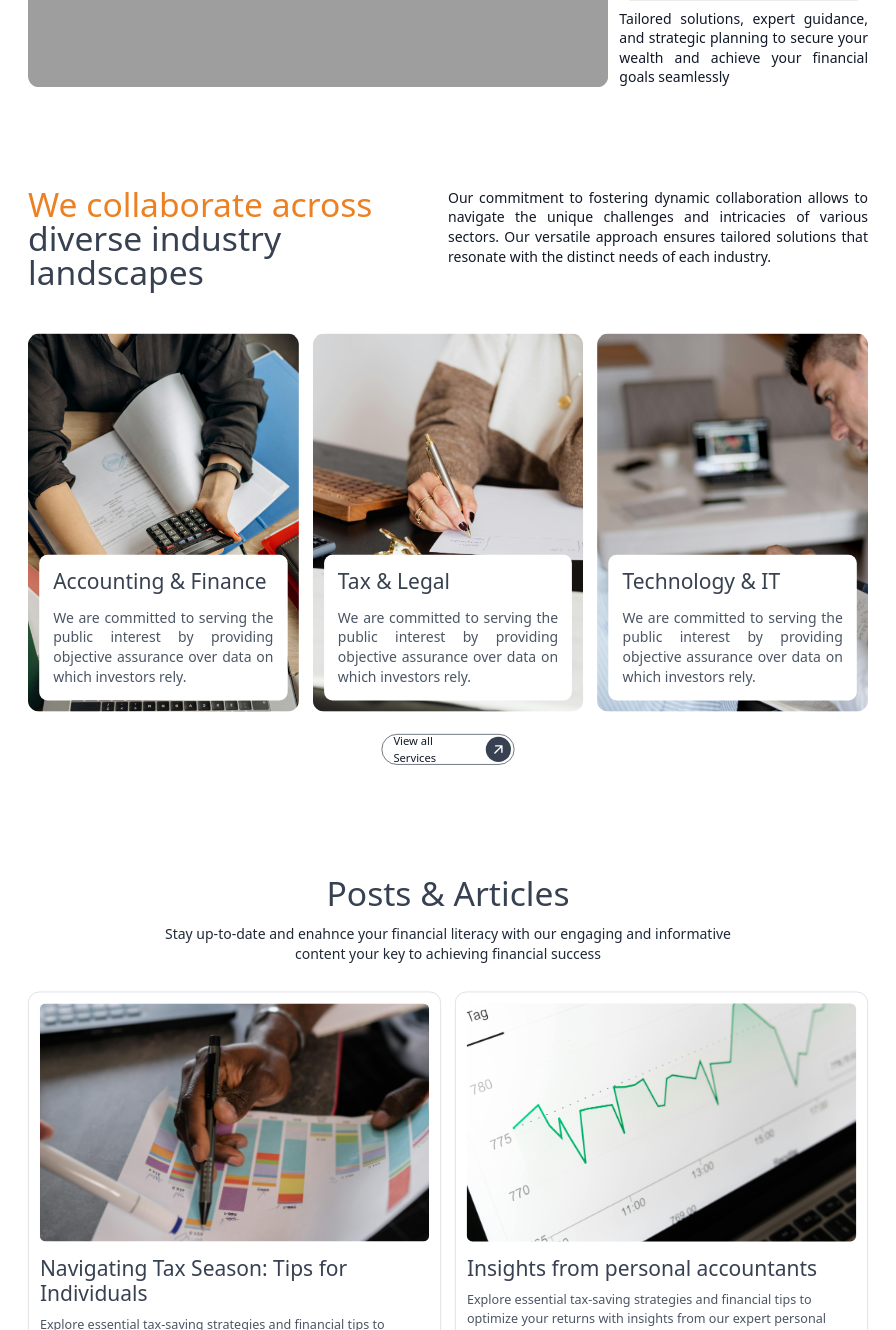
Repository: vespersolutionspk18/integrast-website
Page: /
The author's editor kept a copy of each file at every save. The page is drawn from the files as they stood at one save, then again after the next save.
The browser window is 1280 px wide. The pictures show the part of the page from y = 752 to 2652 px (the page is 4814 px tall), at 70% of full size.
Pictures or frames that could not be fetched are drawn as grey boxes. The project was rebuilt for these pictures with package versions that can differ from the ones it lists, and the page was loaded fresh each time. The framework's server and built-in components were replaced by stand-ins that run in the browser. Also part of the build but not shown: next.config.ts.

Above is the page before, as saved 2024-12-12 18:31:34.

After the next save:
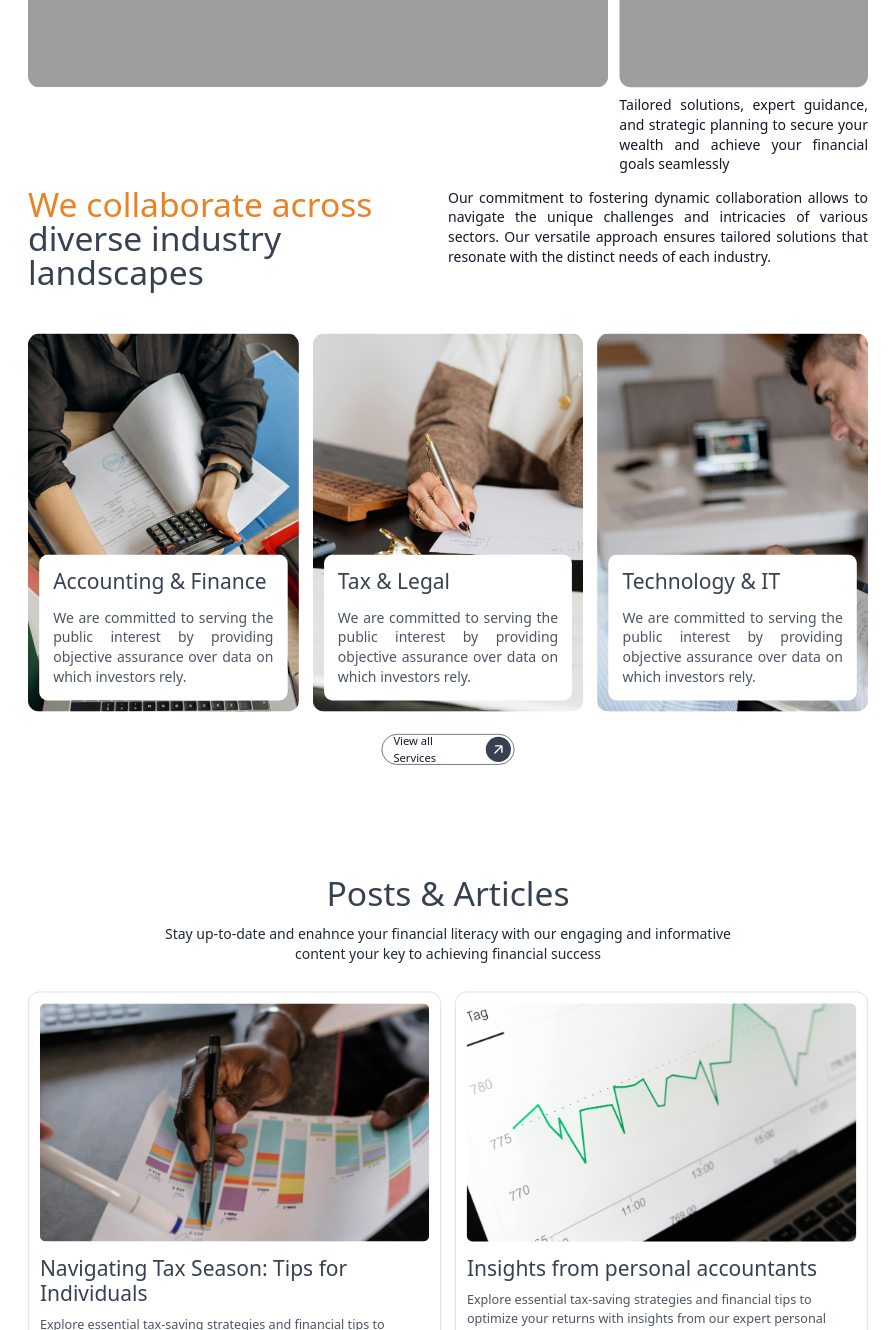
Saved 14 s later.
--- a/app/Hero.tsx
+++ b/app/Hero.tsx
@@ -34,7 +34,7 @@ const Hero = () => {
 
         <div className="flex flex-row md:h-[380px] gap-4 mt-6 md:mt-16">
             <div className="w-full md:w-[70%] transition-all duration-500 ease-in-out hover:w-[90%] rounded-2xl bg-cover bg-center" style={{backgroundImage: `url('/assets/heroimage3.jpg')`}}></div>
-            <div className="w-[30%] transition-all duration-500 ease-in-out hover:w-[40%] flex flex-col justify-between ">
+            <div className="hidden md:block w-[30%] transition-all duration-500 ease-in-out hover:w-[40%] flex flex-col justify-between ">
                 <div className="w-full h-full rounded-2xl bg-cover bg-center" style={{backgroundImage: `url('/assets/heroimage4.jpg')`}}></div>
                 <h5 className="font-sans text-gray-900 text-justify text-xl mt-3  font-light">Tailored solutions, expert guidance, and strategic planning to secure your wealth and achieve your financial goals seamlessly</h5>
             </div>

After the save that followed:
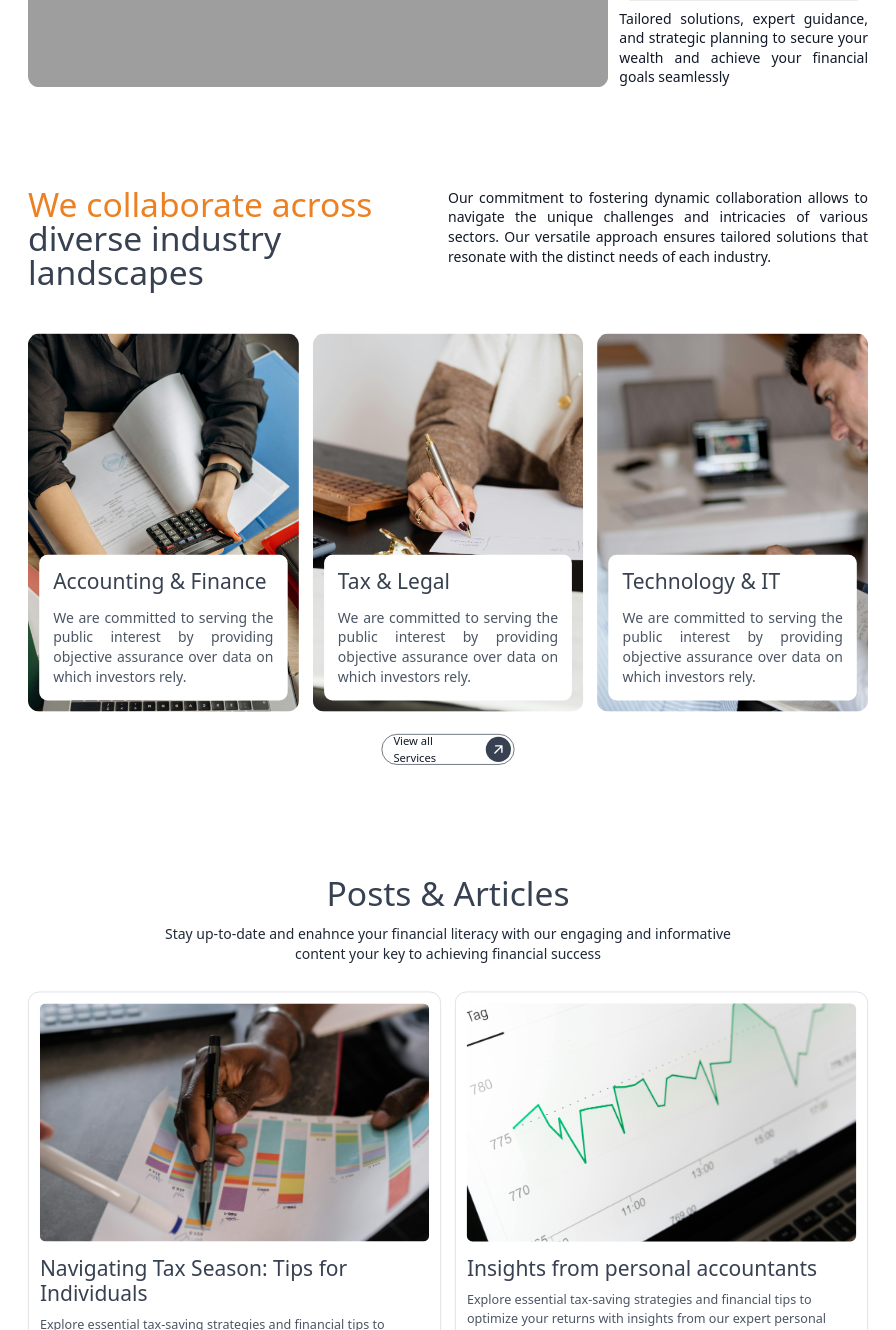
Saved 30 s later.
--- a/app/Hero.tsx
+++ b/app/Hero.tsx
@@ -34,7 +34,7 @@ const Hero = () => {
 
         <div className="flex flex-row md:h-[380px] gap-4 mt-6 md:mt-16">
             <div className="w-full md:w-[70%] transition-all duration-500 ease-in-out hover:w-[90%] rounded-2xl bg-cover bg-center" style={{backgroundImage: `url('/assets/heroimage3.jpg')`}}></div>
-            <div className="hidden md:block w-[30%] transition-all duration-500 ease-in-out hover:w-[40%] flex flex-col justify-between ">
+            <div className="hidden  w-[30%] transition-all duration-500 ease-in-out hover:w-[40%] md:flex flex-col justify-between ">
                 <div className="w-full h-full rounded-2xl bg-cover bg-center" style={{backgroundImage: `url('/assets/heroimage4.jpg')`}}></div>
                 <h5 className="font-sans text-gray-900 text-justify text-xl mt-3  font-light">Tailored solutions, expert guidance, and strategic planning to secure your wealth and achieve your financial goals seamlessly</h5>
             </div>
